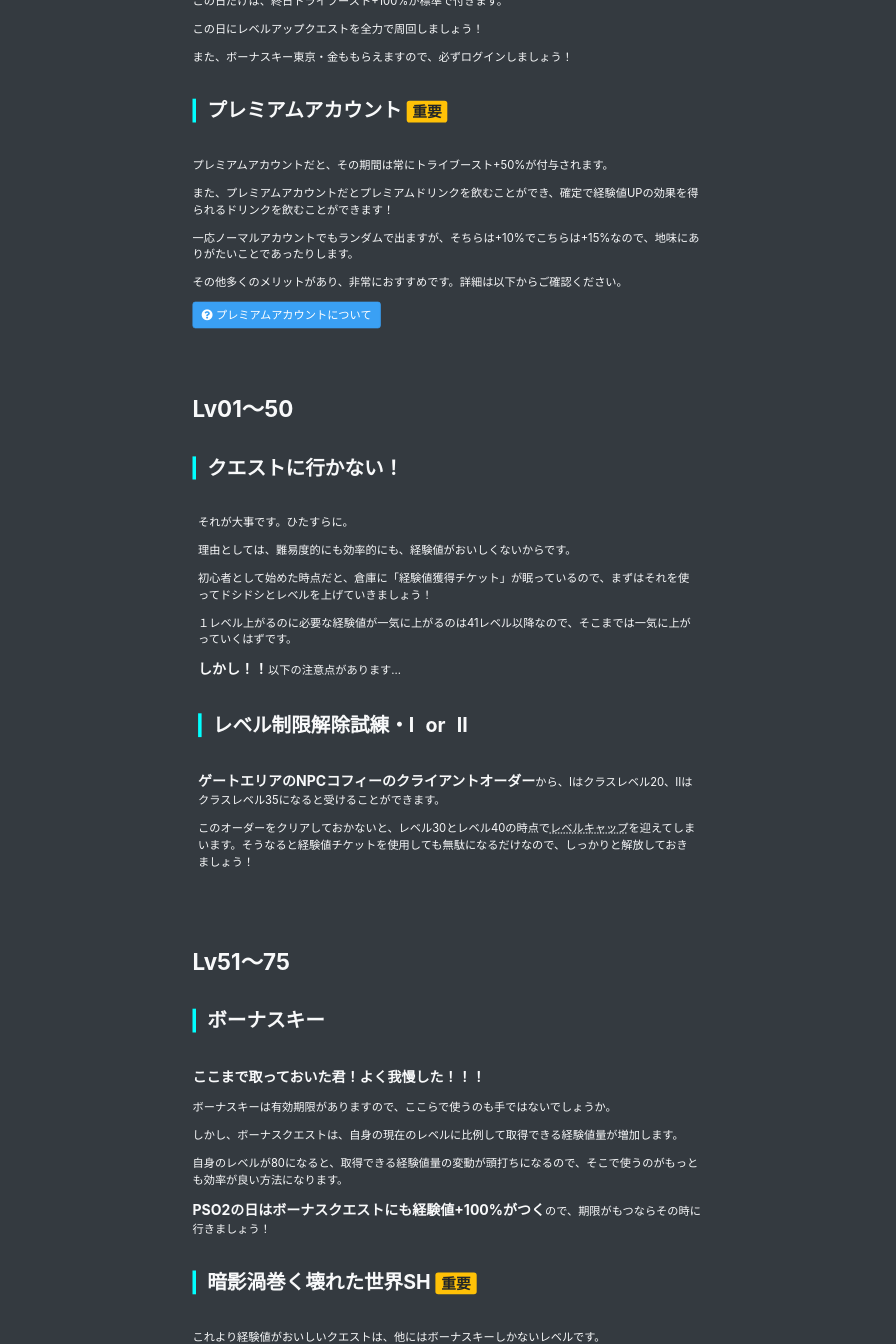
Repository: milkyahonpo/Website_source
Page: docs/capture.html
The author's editor kept a copy of each file at every save. The page is drawn from the files as they stood at one save, then again after the next save.
The browser window is 1280 px wide. The pictures show the part of the page from y = 4580 to 6500 px (the page is 9694 px tall), at 70% of full size.
Some web libraries are served in a nearby version.

Above is the page before, as saved 2020-01-24 12:37:55.

After the next save:
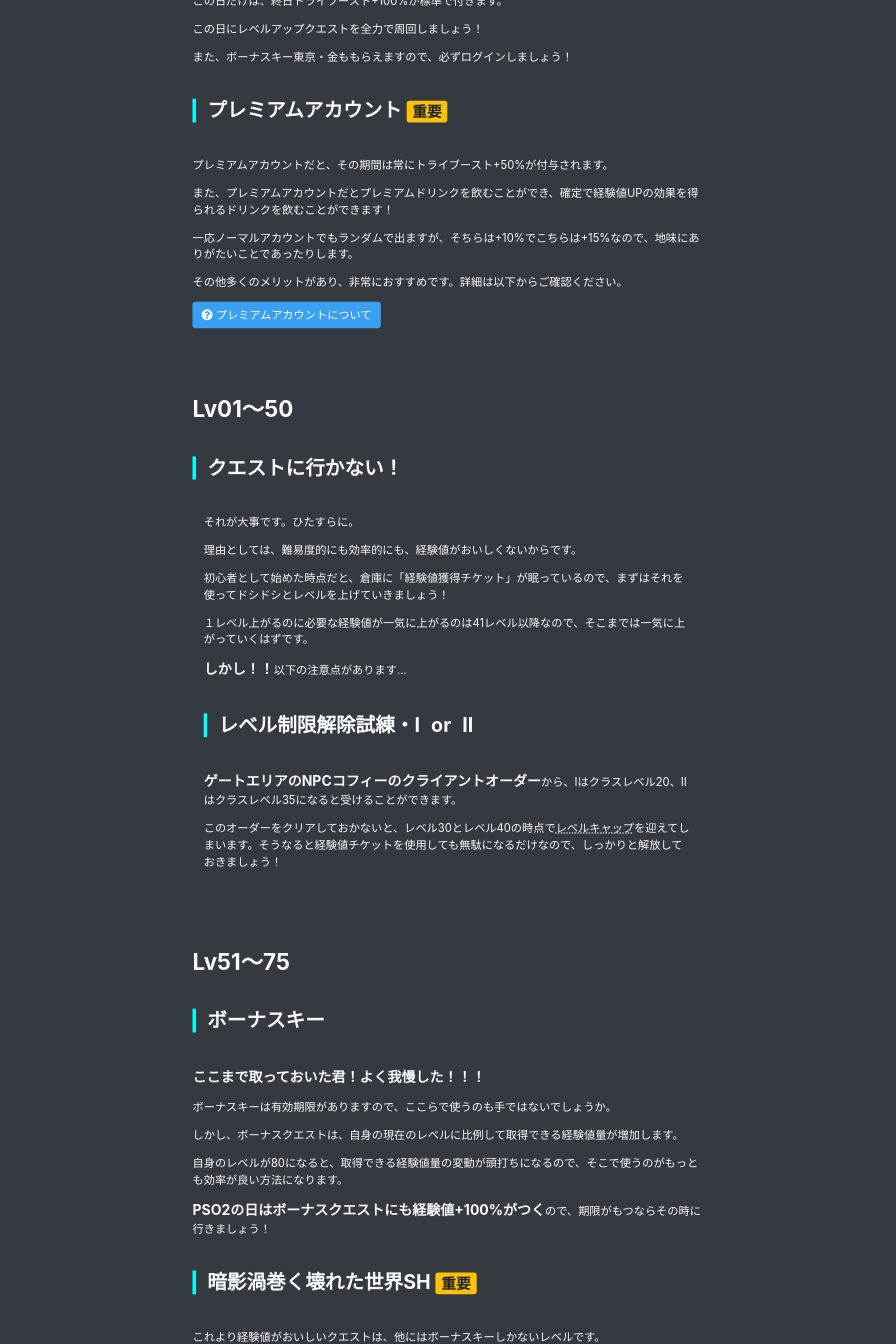
Saved 15 s later.
--- a/docs/capture.html
+++ b/docs/capture.html
@@ -158,7 +158,7 @@
         <div class="col-lg-8">
           <h2><b>Lv01～50</b></h2>
           <h3 class="my-5 pl-3"><strong class="font-weight-bold">クエストに行かない！</strong></h3>
-          <section class="px-2">
+          <section class="px-3">
             <p>それが大事です。ひたすらに。</p>
             <p>理由としては、難易度的にも効率的にも、経験値がおいしくないからです。</p>
             <p>初心者として始めた時点だと、倉庫に「経験値獲得チケット」が眠っているので、まずはそれを使ってドシドシとレベルを上げていきましょう！</p>
